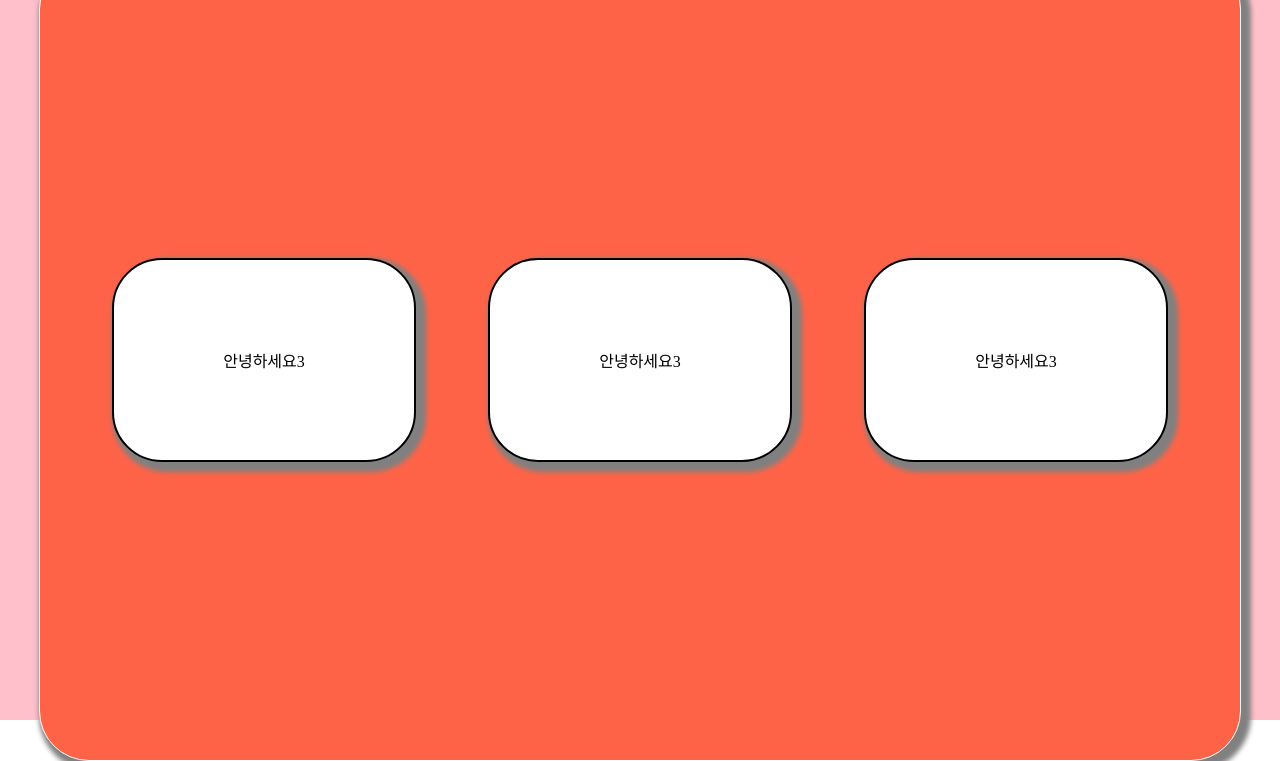
Repository: Devhyeongseon/Academy_Jsp
Page: http://localhost/MyBasic/user/DIV_Study.jsp
An editor plug-in stored every save of this project. The page is shown before and after the next save, followed by the edit.
The browser window is 1280 px wide. The pictures show the whole page.
The page is served by Tomcat 9.

Above is the page before, as saved 2024-01-10 08:10:54.

### MyBasic/src/main/webapp/user/DIV_Study.jsp
<%@ page language="java" contentType="text/html; charset=UTF-8"
	pageEncoding="UTF-8"%>
<!DOCTYPE html>
<html>
<head>
<meta charset="UTF-8">
<title>Insert title here</title>

<style>
p{
align-items:center;
 /* text-align: center; */

}
html, body {
	width: 100%;
	height: 100%;
	margin: 0;


}

.container {
	width: 100vw;
	height: 100vh;
	background: pink;

	  display : flex;
    justify-content : center;
    align-items : center;

}
.fuck2 {
	width: 1200px;
	height:800px;
	background: tomato;
	border: 1px solid white;
    border-radius: 50px;
    /* padding: 10px 30px; */ /* 더커짐 */
    box-shadow: 5px 5px 5px 5px gray;



    display : flex;
    justify-content : space-evenly;
    align-items : center;


}
.fuck3 {
	width:300px;
	height:200px;
	background: white;
	border: 2px solid black;
	border-radius: 50px;
	box-shadow: 5px 5px 5px 5px gray;

	display : flex;
    justify-content : center;
    align-items : center;


}
</style>
</head>


<body>

	<div class="container">
		<div class="fuck2">
			<div class="fuck3">안녕하세요3</div>
			<div class="fuck3">안녕하세요3</div>
			<div class="fuck3">안녕하세요3</div>

		</div>
	</div>

</body>
</html>

After the next save:
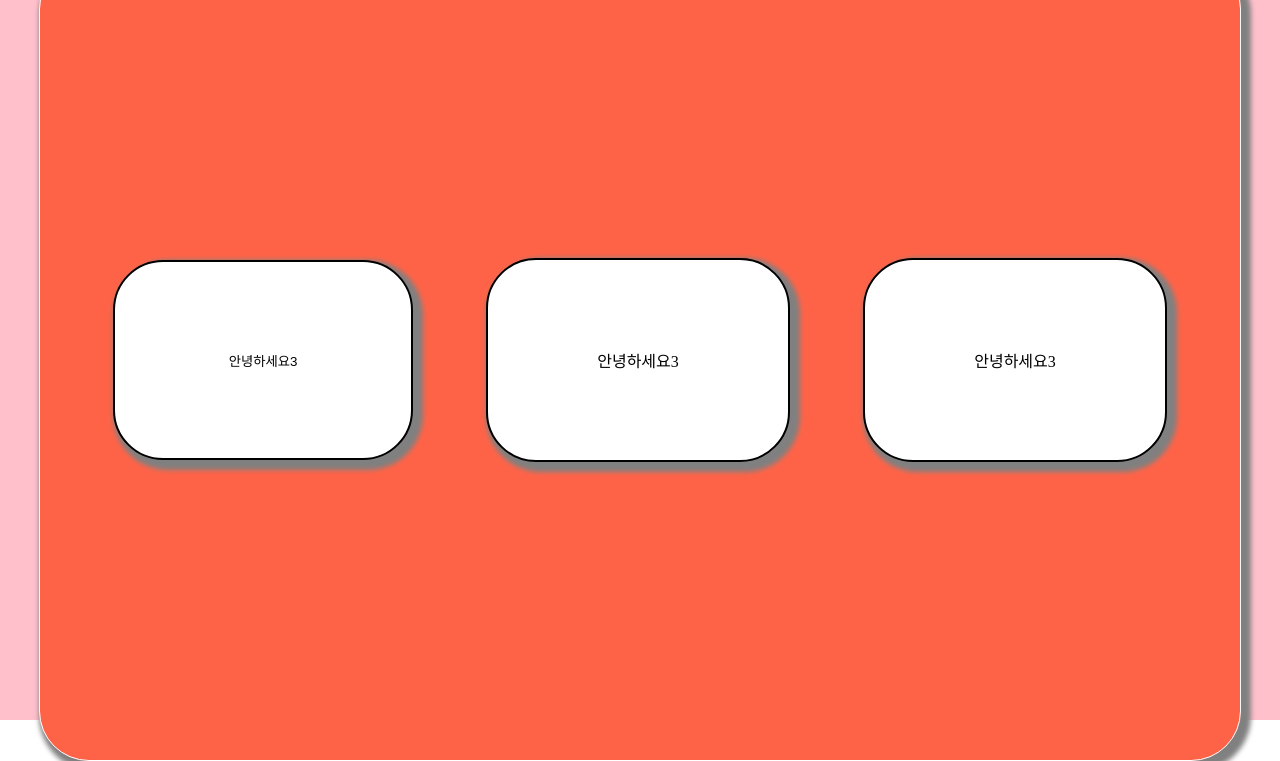
Saved 35 s later.
--- a/MyBasic/src/main/webapp/user/DIV_Study.jsp
+++ b/MyBasic/src/main/webapp/user/DIV_Study.jsp
@@ -69,7 +69,7 @@
 
 	<div class="container">
 		<div class="fuck2">
-			<div class="fuck3">안녕하세요3</div>
+			<button class="fuck3">안녕하세요3</button>
 			<div class="fuck3">안녕하세요3</div>
 			<div class="fuck3">안녕하세요3</div>
 

After the save that followed:
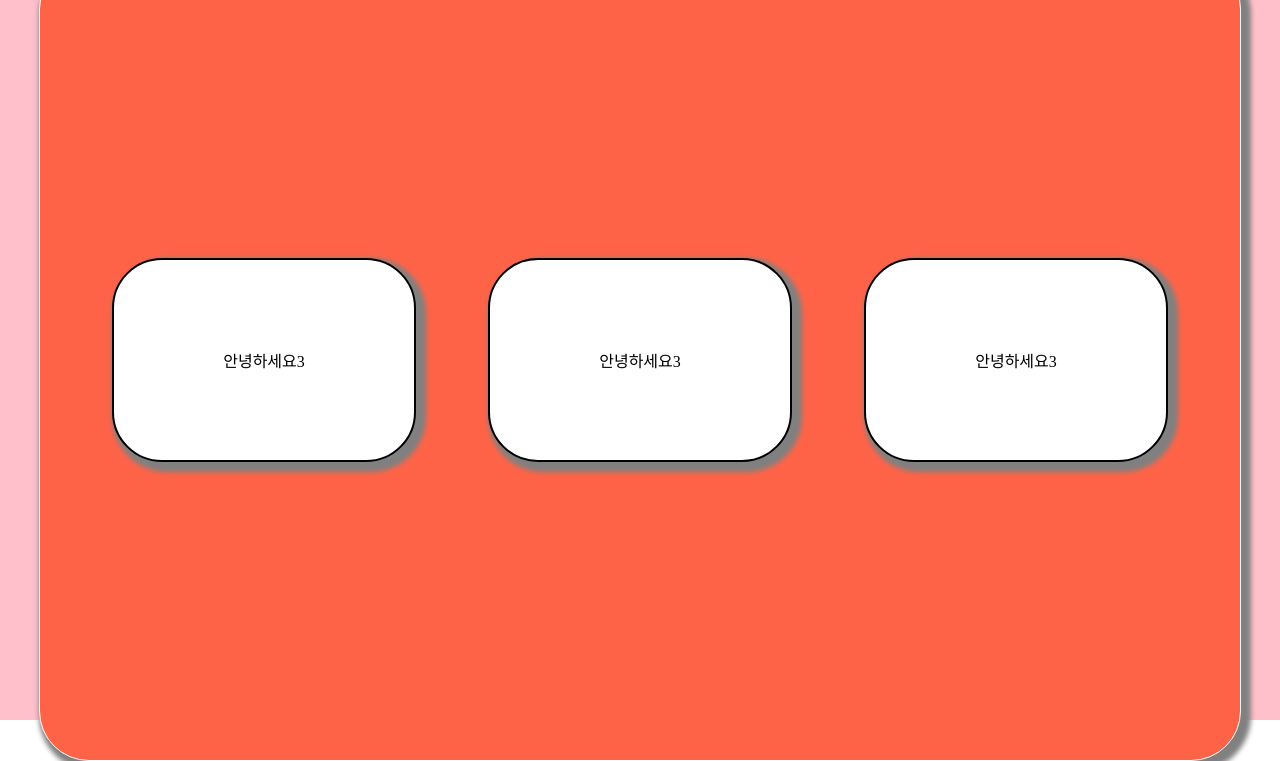
Saved 54 s later.
--- a/MyBasic/src/main/webapp/user/DIV_Study.jsp
+++ b/MyBasic/src/main/webapp/user/DIV_Study.jsp
@@ -69,7 +69,7 @@
 
 	<div class="container">
 		<div class="fuck2">
-			<button class="fuck3">안녕하세요3</button>
+			<div class="fuck3">안녕하세요3</div>
 			<div class="fuck3">안녕하세요3</div>
 			<div class="fuck3">안녕하세요3</div>
 
